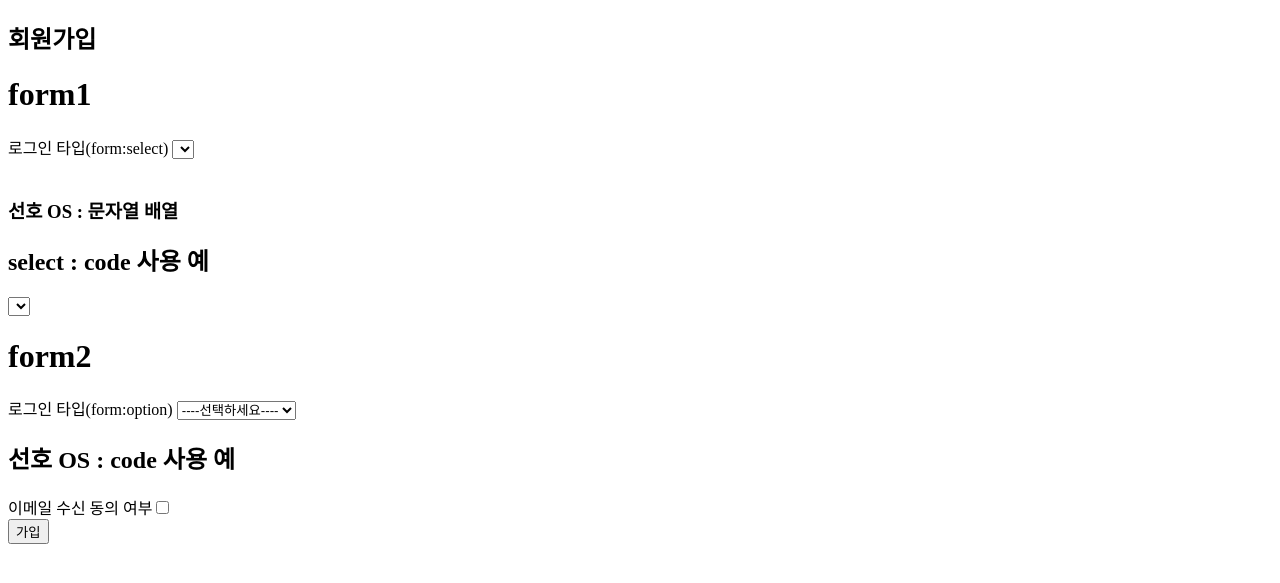
Repository: hanskim431/STS_Study
Page: http://localhost/sp5-chap11/WEB-INF/view/form/form2.jsp
The author's editor kept a copy of each file at every save. The page is drawn from the files as they stood at one save, then again after the next save.
The browser window is 1280 px wide. The pictures show the whole page.
The page is served by Tomcat 9. Nobody is signed in. The template is opened directly, without the code that normally fills it, so the values that code supplies are empty.

Above is the page before, as saved 2023-06-09 03:11:23.

After the next save:
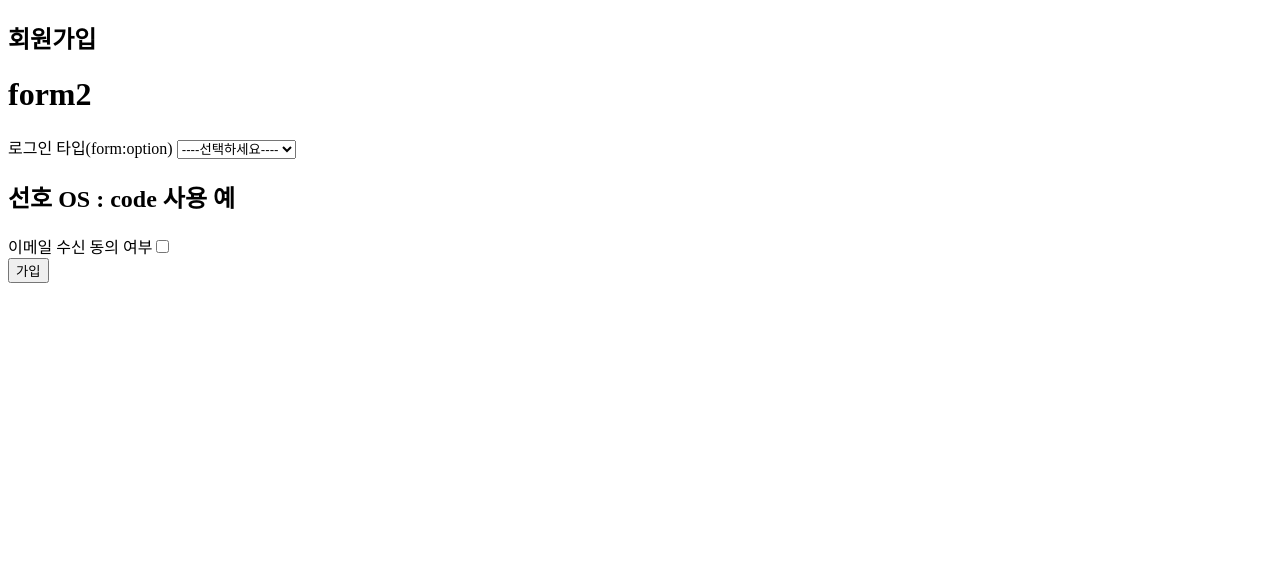
Saved 117 s later.
--- a/sp5-chap11/src/main/webapp/WEB-INF/view/form/form2.jsp
+++ b/sp5-chap11/src/main/webapp/WEB-INF/view/form/form2.jsp
@@ -10,9 +10,9 @@
 </head>
 <body>
 <h2>회원가입</h2>
+	<!--
 <form:form modelAttribute="formCommand">
 	<h1>form1</h1>
-	<!--  -->
 	<div>
 		<label for="loginType">로그인 타입(form:select)</label>
 		<form:select path="loginType" items="${loginType}"></form:select>
@@ -33,6 +33,7 @@
 	</div>
 
 </form:form>
+	-->
 
 <form:form modelAttribute="formCommand">
 	<h1>form2</h1>
